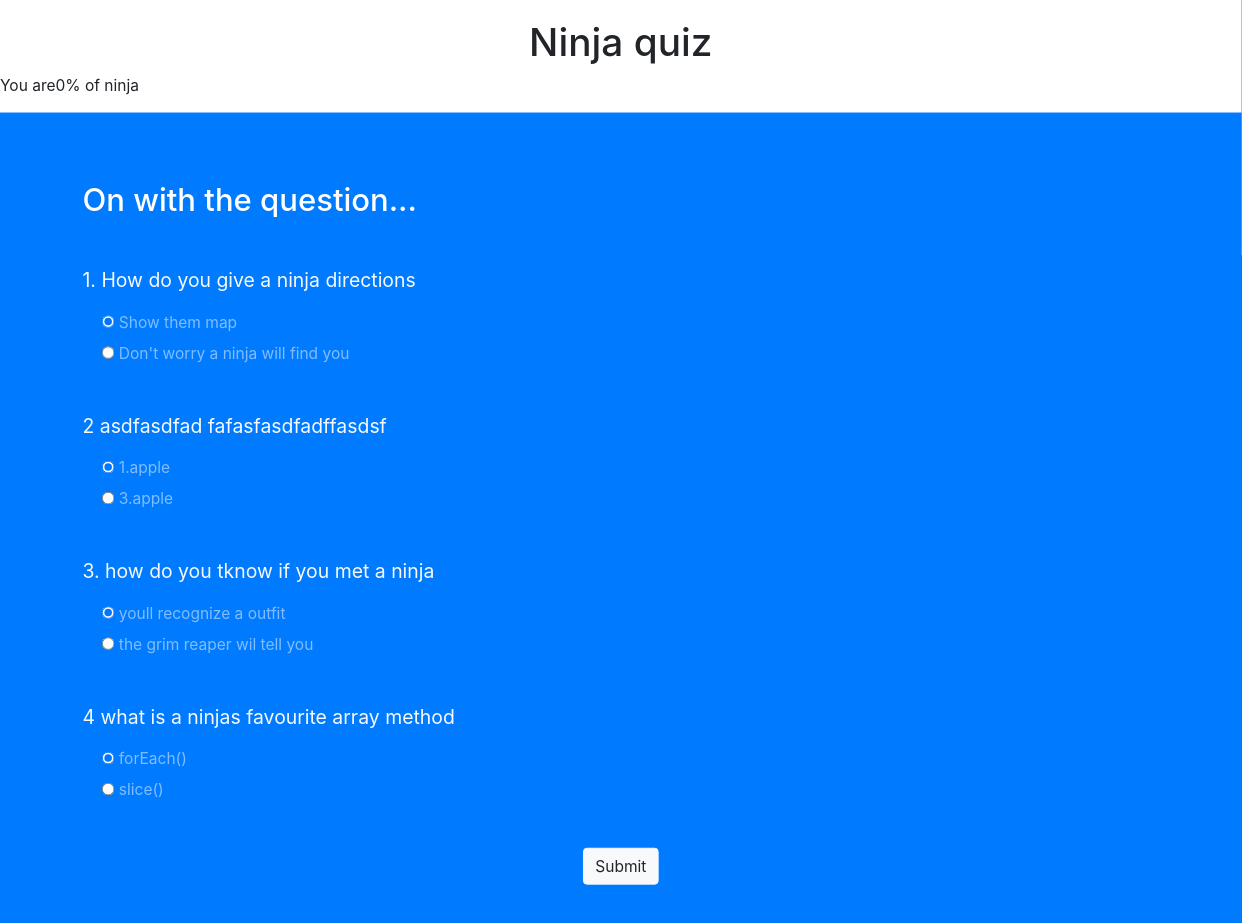
Repository: ajgors/config
Page: Nauka Js/Projekty/Quiz/index.html
An editor plug-in stored every save of this project. The page is shown before and after the next save, followed by the edit.
The browser window is 1280 px wide. The pictures show the whole page, at 97% of full size.

Above is the page before, as saved 2019-08-11 18:13:05.

After the next save:
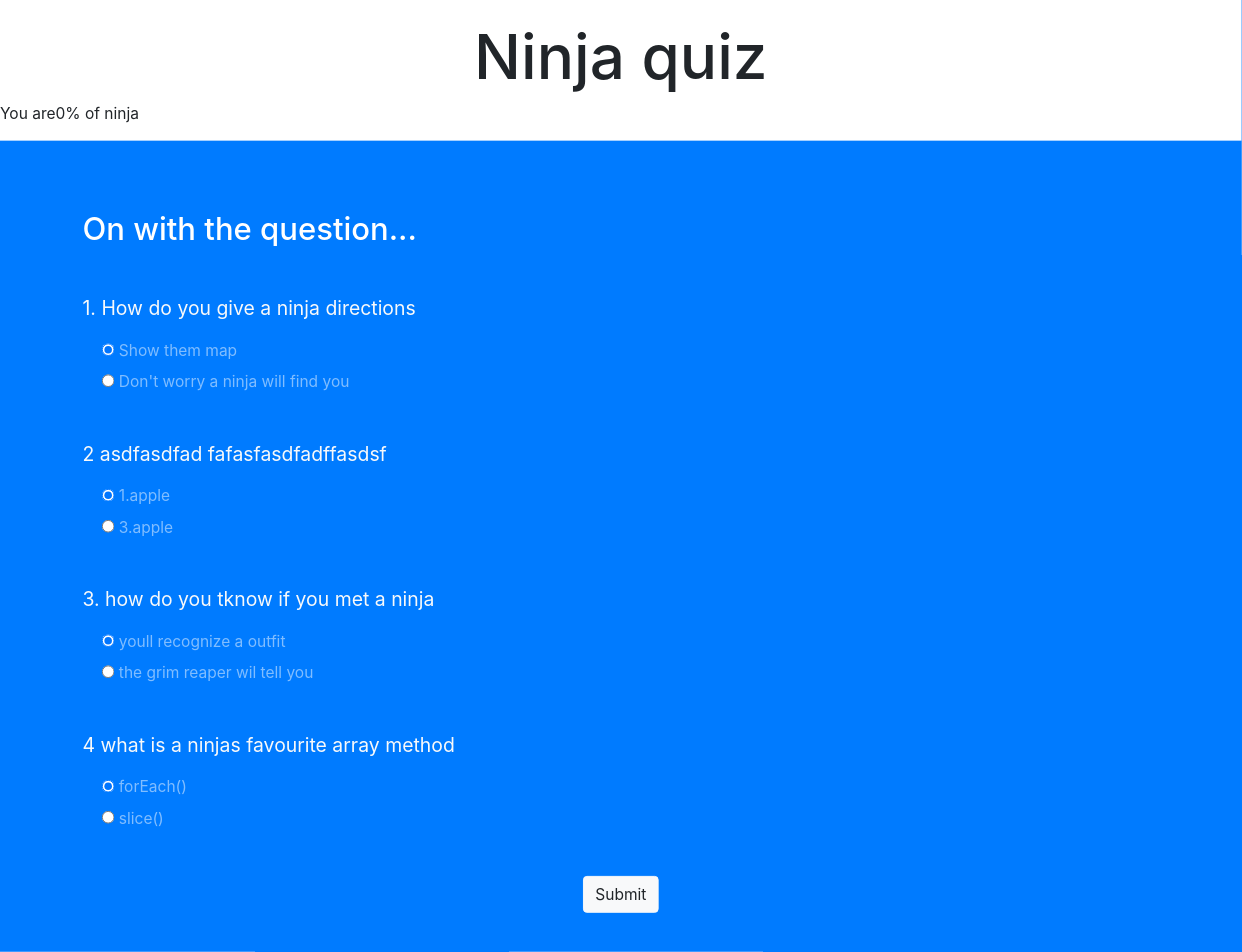
Saved 22 s later.
--- a/Nauka Js/Projekty/Quiz/css.css
+++ b/Nauka Js/Projekty/Quiz/css.css
@@ -1,4 +1,5 @@
 .header__title{
     text-align: center;
-    margin-top:  20px
+    margin-top:  20px;
+    font-size: 4em;
 }
